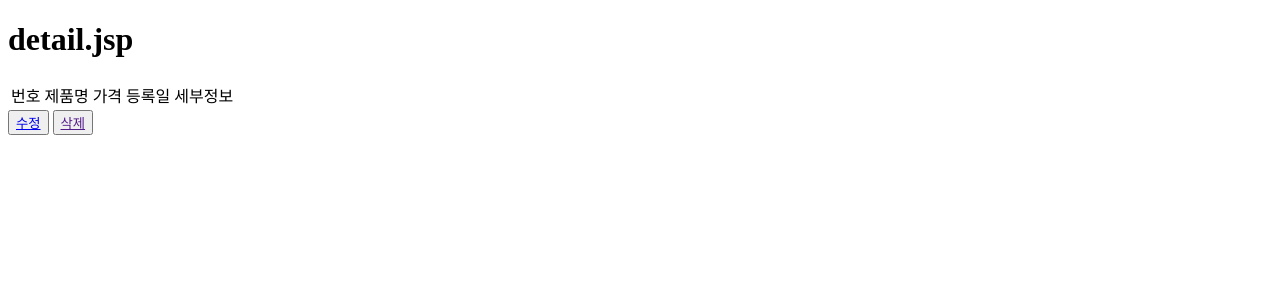
Repository: yangone8249/jsp_project
Page: http://localhost/jsp_study/detail.jsp
An editor plug-in stored every save of this project. The page is shown before and after the next save, followed by the edit.
The browser window is 1280 px wide. The pictures show the whole page.
The page is served by Tomcat 9. Other server files are loaded and not shown.

Above is the page before, as saved 2023-05-11 05:11:09.

### jsp_project1/jsp_study/src/main/webapp/detail.jsp
<%@ page language="java" contentType="text/html; charset=UTF-8"
    pageEncoding="UTF-8"%>
<!DOCTYPE html>
<html>
<head>
<meta charset="UTF-8">
<title>제품 상세 페이지</title>
</head>
<body>
	<h1>detail.jsp</h1>

	<table>
		<tr>
			<td>번호</td>
			<td>제품명</td>
			<td>가격</td>
			<td>등록일</td>
			<td>세부정보</td>
		</tr>

	</table>
	<button type="button"><a href="/modify.pd">수정</a></button>
	<button type="button"><a href=>삭제</a></button>
</body>
</html>

After the next save:
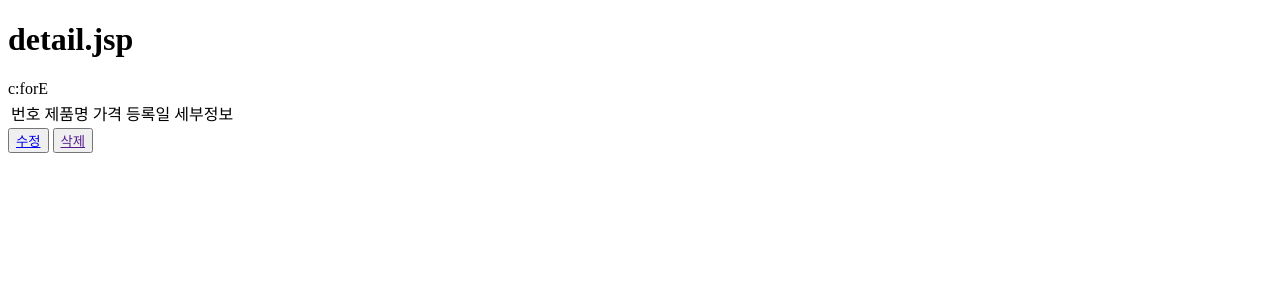
Saved 31 s later.
--- a/jsp_project1/jsp_study/src/main/webapp/detail.jsp
+++ b/jsp_project1/jsp_study/src/main/webapp/detail.jsp
@@ -1,5 +1,6 @@
 <%@ page language="java" contentType="text/html; charset=UTF-8"
     pageEncoding="UTF-8"%>
+<%@ taglib prefix="c" uri="http://java.sun.com/jsp/jstl/core" %>
 <!DOCTYPE html>
 <html>
 <head>
@@ -17,6 +18,7 @@
 			<td>등록일</td>
 			<td>세부정보</td>
 		</tr>
+		c:forE
 
 	</table>
 	<button type="button"><a href="/modify.pd">수정</a></button>
